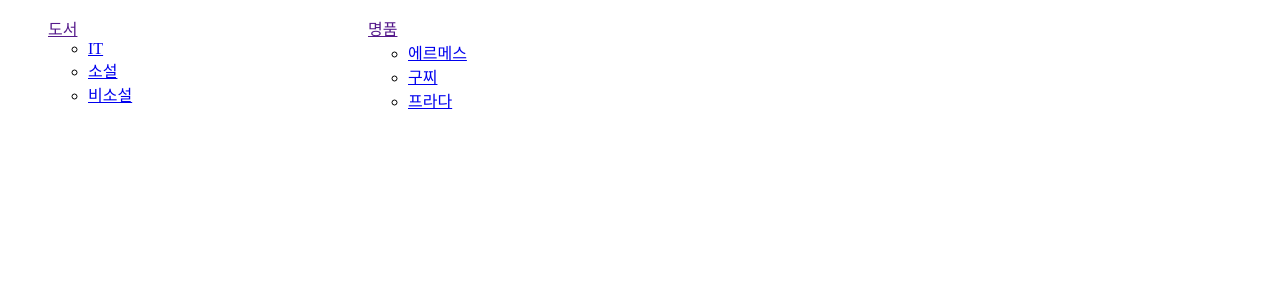
Repository: Shinhan1/shinhan
Page: http://localhost/web_goott/w20200324/jQueryEx14.jsp
An editor plug-in stored every save of this project. The page is shown before and after the next save, followed by the edit.
The browser window is 1280 px wide. The pictures show the whole page.
The page is served by Tomcat 9.

Above is the page before, as saved 2020-03-24 06:00:26.

### web_goott/WebContent/w20200324/jQueryEx14.jsp
<%@ page language="java" contentType="text/html; charset=UTF-8"
    pageEncoding="UTF-8"%>
<!DOCTYPE html>
<html>
<head>
<meta charset="UTF-8">
<title>jQueryEx14.jsp</title>
<style type="text/css">
	.mainmenu{
		float: left;
		width: 320px;
		list-style-type: none;

	}



</style>
</head>
<body>
	<!-- 드롭다운 메뉴 만들기 -->
	<!-- ul#dropDownMenu>(li.mainmenu>a+ul>(li>a)*3)*2 -->
	<ul id="dropDownMenu">
		<li class="mainmenu">
			<a href="">도서</a>
			<ul>
				<li><a href="#">IT</a></li>
				<li><a href="#">소설</a></li>
				<li><a href="#">비소설</a></li>
			</ul>
		</li>
		<li class="mainmenu">
			<a href="">명품</a>
			<ul>
				<li><a href="#">에르메스</a></li>
				<li><a href="#">구찌</a></li>
				<li><a href="#">프라다</a></li>
			</ul>
		</li>
	</ul>

</body>
</html>

After the next save:
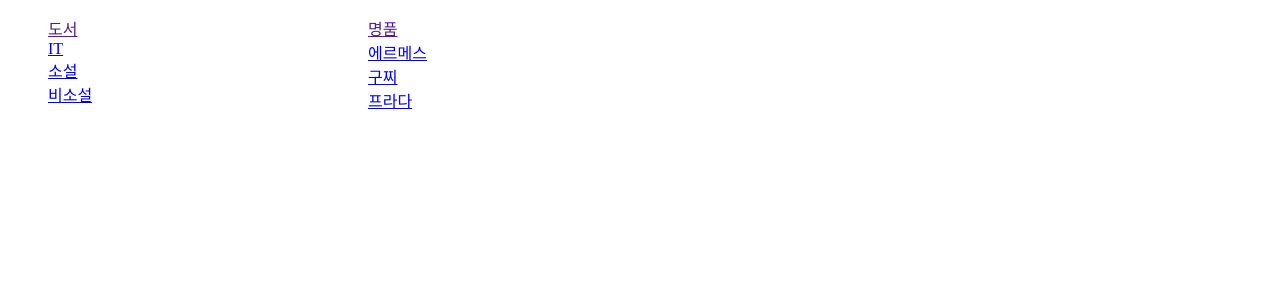
Saved 110 s later.
--- a/web_goott/WebContent/w20200324/jQueryEx14.jsp
+++ b/web_goott/WebContent/w20200324/jQueryEx14.jsp
@@ -12,7 +12,14 @@
 		list-style-type: none;
 
 	}
+	/* 공백 하나 주면 자식이라는 뜻 */
+	li.mainmenu ul {
+		margin: 0;
+		display: block;
+		list-style-type: none;
+		padding:0;
 
+	}
 
 
 </style>
